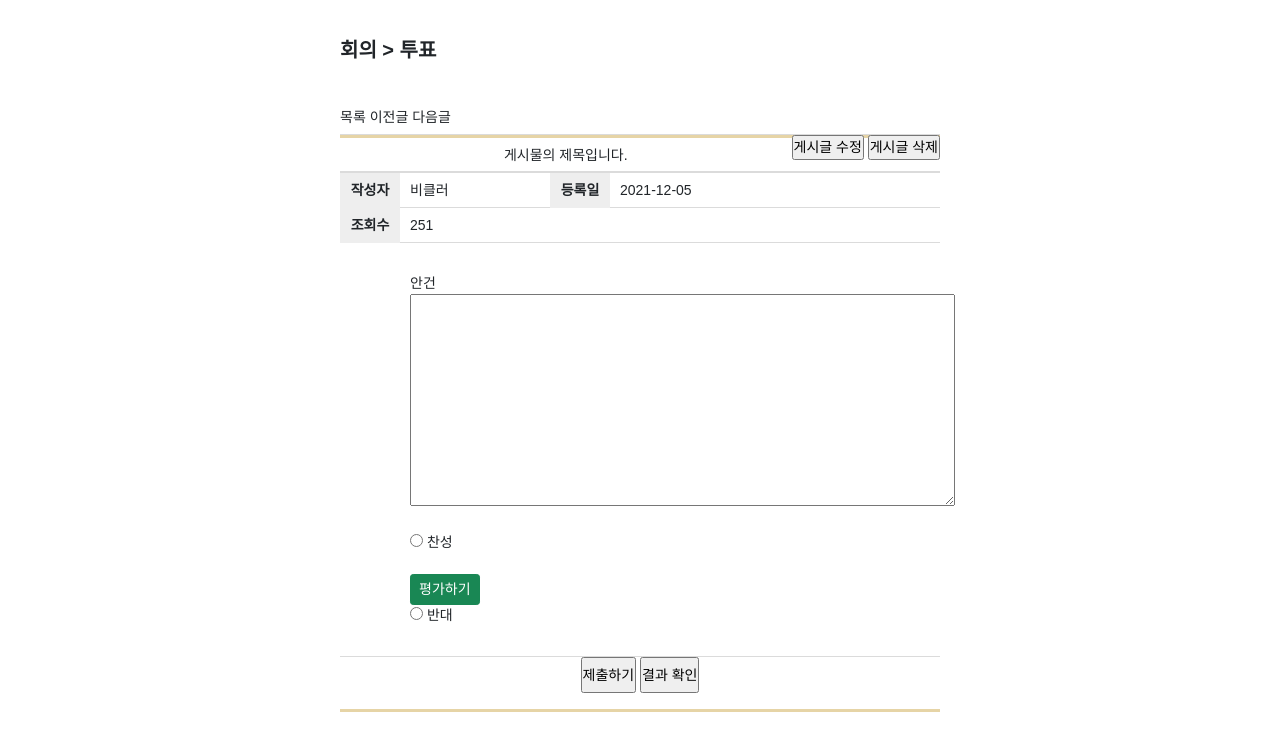
Repository: hyodii/FinalProject
Page: http://localhost/ViewPage/beeVoteArticle.jsp
An editor plug-in stored every save of this project. The page is shown before and after the next save, followed by the edit.
The browser window is 1280 px wide. The pictures show the whole page.
The page is served by Tomcat 9.

Above is the page before, as saved 2021-12-11 11:28:00.

### ViewPage/WebContent/beeVoteArticle.jsp
<%@ page contentType="text/html; charset=UTF-8"%>
<%@ taglib prefix="c" uri="http://java.sun.com/jsp/jstl/core"%>
<%
   request.setCharacterEncoding("UTF-8");
   String cp = request.getContextPath();
%>
<!DOCTYPE html>
<html>
<head>
<meta charset="UTF-8">
<title>beeVoteArticle.jsp</title>

<!-- Bootstrap CSS -->
<link
   href="https://cdn.jsdelivr.net/npm/bootstrap@5.1.3/dist/css/bootstrap.min.css"
   rel="stylesheet"
   integrity="sha384-1BmE4kWBq78iYhFldvKuhfTAU6auU8tT94WrHftjDbrCEXSU1oBoqyl2QvZ6jIW3"
   crossorigin="anonymous">


<style type="text/css">
/*reset*/
* {margin: 0;padding: 0;}
body {margin: 0;}
h1, h2, h3, h4, h5, h6, p, ul, ol, li, dl, dt, dd {margin: 0; padding: 0;}
h1, h2, h3, h4, h5, h6 {font-weight: 700; }
a {color: inherit; text-decoration: inherit;}
img {vertical-align: middle;}
a img {border: none;}
li {list-style: none;}
address, em, i, ul {font-style: normal;}

/*layout*/
.mo {display: none;}
.en {font-family: 'Exo 2', sans-serif;}
body {font-family: 'Noto Sans KR', sans-serif; font-size: 14px;}
.wrap {margin: 0 auto; }

.row p {
   font-size: 10px;
   margin-left: 3vh;
}

.row {
   margin-left: 10%;
   margin-top: 10%;
}

/* 메인 css */
#bbs
{
	width:600px;
	margin:30px auto;
	text-align:left;
}

#bbs_title
{
	width:574px;
	/* padding-left:20px; */
	height:40px;
	/* border:3px solid #D6D4A6; */
	text-align:left;
	font-weight: bold;
	line-height:40px;
	font-size:15pt;
	margin-bottom:30px;
}

#bbsArticle
{
	width:600px;
	overflow: visible;
	border-top:3px solid #E6D4A6;
	border-bottom:3px solid #E6D4A6;
	text-align:left;
}

#bbsArticle_header
{
	height:35px;
	line-height:35px;
	border-bottom:2px solid #DBDBDB;
	text-align:center;
}
#bbsArticle dl
{
	margin: 0px;
}
#bbsArticle dt
{
	float:left;
	height:35px;
	width:60px;
	line-height:35px;
	text-align:center;
	background-color:#EEEEEE;
}

#bbsArticle dd
{
	float:left;
	height:35px;
	width:150px;
	line-height:35px;
	text-align:left;
	padding-left:10px;
}

.bbsArticle_bottomLine
{
	height:35px;
	line-height:35px;
	border-bottom:1px solid #DBDBDB;
	clear:both;
	text-align:left;
}

.bbsArticle_noLine
{
	height:35px;
	line-height:35px;
	clear:both;
	text-align:left;
}

#bbsArticle_content
{
    overflow: visible;
    border-bottom:1px solid #DBDBDB;
    text-align:left;
    min-height:250px;
    padding: 20px 60px 20px 60px;
    word-break:break-all;
}

#bbsArticle_footer
{
	clear:both;
	height:32px;
	line-height:32px;
	margin-bottom:20px;
	text-align: center;
}

#bbsArticle_footer #leftFooter
{
	float:left;
	width:300px;
	text-align:left;
}

#bbsArticle_footer #rightFooter
{
	float:right;
	width:300px;
	text-align:right;
}

#bbsCreated_footer
{
	width:600px;
	overflow: visible;
	clear:both;
	height:50px;
	line-height:50px;
	margin-bottom:20px;
	text-align:center;
}

.topbtn
{
	float: right;
}

</style>
</head>
<body>

<!--
	beeVoteArticle.jsp
	- 동아리 내 회의 > 투표글 클릭 시 아티클
-->

<div id="bbs">

	<div id="bbs_title">
		회의 > 투표
	</div>

	<div class="bbsArticle_bottomLine">
		목록
		이전글
		다음글
	</div>

	<div class="topbtn">
		<input type="button" value="게시글 수정" />
		<input type="button" value="게시글 삭제" />
	</div>

	<div id="bbsArticle">
	<form>
		<div id="bbsArticle_header">
			게시물의 제목입니다.
		</div>

		<div class="bbsArticle_bottomLine">
			<dl>
				<dt>작성자</dt>
				<dd>비클러</dd>

				<dt>등록일</dt>
				<dd>2021-12-05</dd>
			</dl>
		</div>

		<div class="bbsArticle_bottomLine">
			<dl>
				<dt>조회수</dt>
				<dd>251</dd>
			</dl>
		</div>

		<div id="bbsArticle_content">
			<table style="width: 600">
				<tr>
					<td style="padding: 10px 40px 10px 10px; vertical-align: top; height: 150">
						안건<textarea rows="10" cols="65"></textarea>
					</td>
				</tr>
				<tr>
					<td style="padding: 10px 40px 10px 10px; vertical-align: top; height: 150">
						<label><input type="radio" value="agree" name="vote"/> 찬성</label><br><br>


					   <!-- modal button -->
					   <div>
					      <a href="#" id="modal1" class="btn btn-success btn-sm"
					         data-bs-toggle="modal" data-bs-target="#employee_details1">평가하기</a>
					   </div>


					   <!-- Modal -->
					   <!-- 평가 창 -->

					   <div class="modal fade" id="employee_details1" tabindex="-1"
					      aria-labelledby="employee_details1" aria-hidden="true">
					      <div class="modal-dialog">
					         <div class="modal-content">
					            <div class="modal-header">
					               <h5 class="modal-title" id="exampleModalLabel">개인평가</h5>
					               <button type="button" class="btn-close" data-bs-dismiss="modal"
					                  aria-label="닫기"></button>
					            </div>
					            <div class="row">
					               <div class="col-lg-4">
					                  <a href="#"> <svg class="bd-placeholder-img rounded-circle"
					                        width="80" height="80" xmlns="http://www.w3.org/2000/svg"
					                        role="img" aria-label="Placeholder: 80x80"
					                        preserveAspectRatio="xMidYMid slice" focusable="false">
					               <title>Placeholder</title><rect width="100%" height="100%"
					                           fill="#777" />
					               <text x="50%" y="50%" fill="#777" dy=".3em">80x80</text></svg>

					                     <p>닉네임</p>
					                  </a>
					               </div>
					               <!-- /.col-lg-4 -->
					               <div class="col-lg-4">
					                  <a href="#"> <svg class="bd-placeholder-img rounded-circle"
					                        width="80" height="80" xmlns="http://www.w3.org/2000/svg"
					                        role="img" aria-label="Placeholder: 80x80"
					                        preserveAspectRatio="xMidYMid slice" focusable="false">
					               <title>Placeholder</title><rect width="100%" height="100%"
					                           fill="#777" />
					               <text x="50%" y="50%" fill="#777" dy=".3em">80x80</text></svg>

					                     <p>닉네임</p>
					                  </a>
					               </div>
					               <!-- /.col-lg-4 -->
					               <div class="col-lg-4">
					                  <a href="#"> <svg class="bd-placeholder-img rounded-circle"
					                        width="80" height="80" xmlns="http://www.w3.org/2000/svg"
					                        role="img" aria-label="Placeholder: 80x80"
					                        preserveAspectRatio="xMidYMid slice" focusable="false">
					               <title>Placeholder</title><rect width="100%" height="100%"
					                           fill="#777" />
					               <text x="50%" y="50%" fill="#777" dy=".3em">80x80</text></svg>

					                     <p>닉네임</p>
					                  </a>
					               </div>
					               <!-- /.col-lg-4 -->
					            </div>
					            <!-- /.row -->

					            <div class="row">
					               <div class="col-lg-4">
					                  <a href="modal2.jsp"> <svg
					                        class="bd-placeholder-img rounded-circle" width="80" height="80"
					                        xmlns="http://www.w3.org/2000/svg" role="img"
					                        aria-label="Placeholder: 80x80"
					                        preserveAspectRatio="xMidYMid slice" focusable="false">
					               <title>Placeholder</title><rect width="100%" height="100%"
					                           fill="#777" />
					               <text x="50%" y="50%" fill="#777" dy=".3em">80x80</text></svg>

					                     <p>닉네임</p>
					                  </a>
					               </div>
					               <!-- /.col-lg-4 -->
					               <div class="col-lg-4">
					                  <a href="#"> <svg class="bd-placeholder-img rounded-circle"
					                        width="80" height="80" xmlns="http://www.w3.org/2000/svg"
					                        role="img" aria-label="Placeholder: 80x80"
					                        preserveAspectRatio="xMidYMid slice" focusable="false">
					               <title>Placeholder</title><rect width="100%" height="100%"
					                           fill="#777" />
					               <text x="50%" y="50%" fill="#777" dy=".3em">80x80</text></svg>

					                     <p>닉네임</p>
					                  </a>
					               </div>
					               <!-- /.col-lg-4 -->
					               <!-- 이중모달 연결 -->
					               <div class="col-lg-4">
					                  <a href="#" data-bs-toggle="modal"
					                     data-bs-target="#employee_details2"> <svg
					                        class="bd-placeholder-img rounded-circle" width="80" height="80"
					                        xmlns="http://www.w3.org/2000/svg" role="img"
					                        aria-label="Placeholder: 80x80"
					                        preserveAspectRatio="xMidYMid slice" focusable="false">
					               <title>Placeholder</title><rect width="100%" height="100%"
					                           fill="#777" />
					               <text x="50%" y="50%" fill="#777" dy=".3em">80x80</text></svg>

					                     <p>닉네임</p></a> </a>
					               </div>

					               <div></div>
					               <!-- /.col-lg-4 -->
					               <div class="modal-footer">
					                  <button type="button" class="btn btn-secondary"
					                     data-bs-dismiss="modal">Close</button>

					               </div>
								</div>
							</div>
						</div>
					</div>


						<label><input type="radio" value="opposition" name="vote"/> 반대</label>
					</td>
				</tr>
			</table>
		</div>


	<!-- 수정 / 삭제하기 if-else -->
	<div id="bbsArticle_footer">
		<input type="button" value="제출하기" class="btn2"
		onclick=""/>
		<input type="button" value="결과 확인" class="btn2"
		onclick=""/>
	</div>
	</form>

	</div><!-- close #bbsArticle -->


</div><!-- close #bbs -->


</body>
</html>

After the next save:
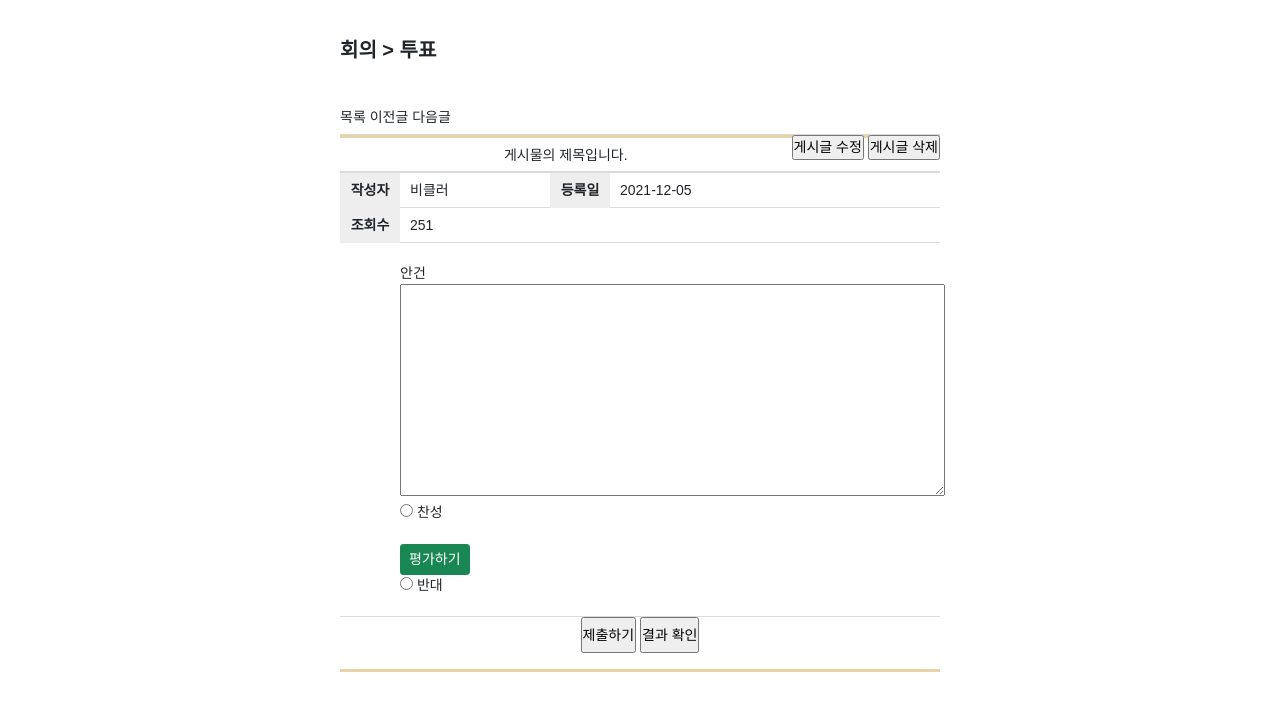
Saved 35 s later.
--- a/ViewPage/WebContent/beeVoteArticle.jsp
+++ b/ViewPage/WebContent/beeVoteArticle.jsp
@@ -223,14 +223,7 @@ body {font-family: 'Noto Sans KR', sans-serif; font-size: 14px;}
 		</div>
 
 		<div id="bbsArticle_content">
-			<table style="width: 600">
-				<tr>
-					<td style="padding: 10px 40px 10px 10px; vertical-align: top; height: 150">
 						안건<textarea rows="10" cols="65"></textarea>
-					</td>
-				</tr>
-				<tr>
-					<td style="padding: 10px 40px 10px 10px; vertical-align: top; height: 150">
 						<label><input type="radio" value="agree" name="vote"/> 찬성</label><br><br>
 
 
@@ -353,9 +346,6 @@ body {font-family: 'Noto Sans KR', sans-serif; font-size: 14px;}
 
 
 						<label><input type="radio" value="opposition" name="vote"/> 반대</label>
-					</td>
-				</tr>
-			</table>
 		</div>
 
 
